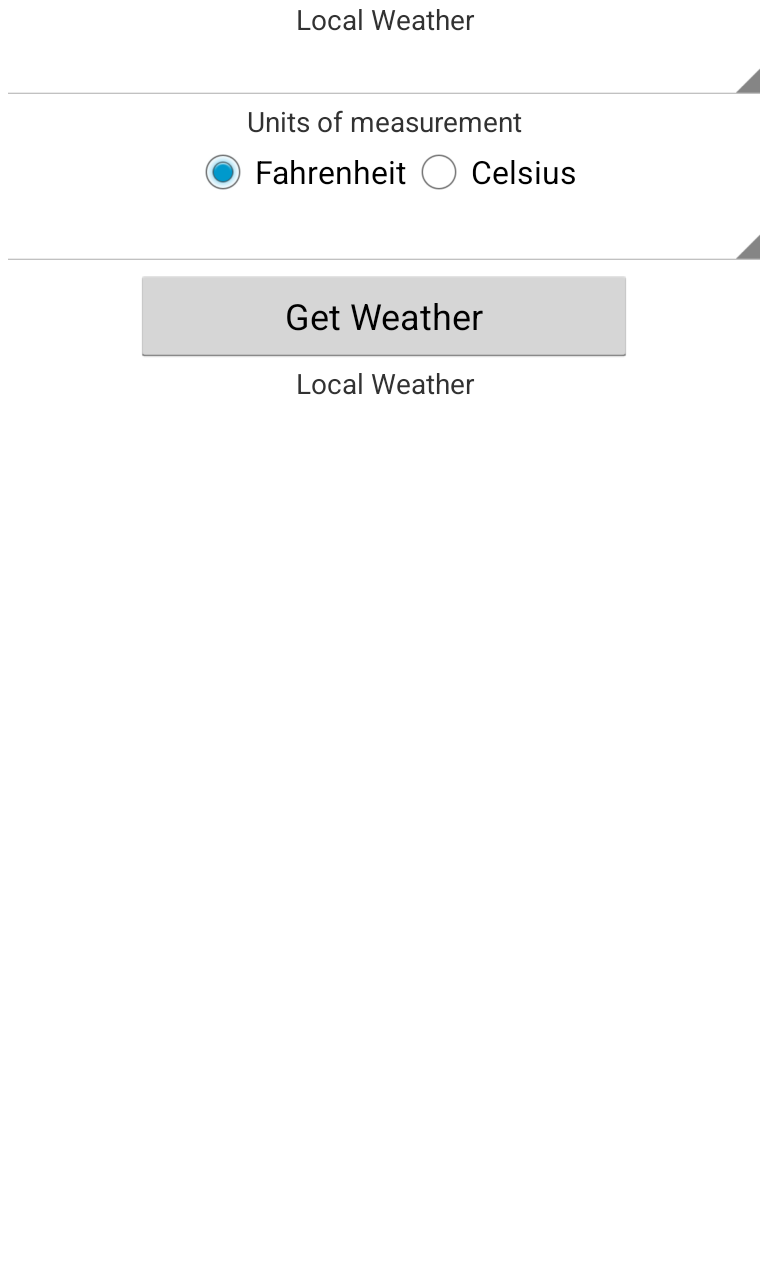
Repository: efreestone/Java1
Layout: Java1Project4/res/layout/activity_main.xml
The author's editor kept a copy of each file at every save. The layout is drawn from the files as they stood at one save, then again after the next save.
It is drawn on a 768 x 1280 px phone screen (xhdpi) without system bars, with theme AppTheme; the app's code is not run.

Above is the layout before, as saved 2014-03-25 22:03:20.

### Java1Project4/res/layout/activity_main.xml
<?xml version="1.0" encoding="utf-8"?>
<LinearLayout xmlns:android="http://schemas.android.com/apk/res/android"
    android:layout_width="match_parent"
    android:layout_height="match_parent"
    android:orientation="vertical" >

    <!-- Top Linear Layout with controls -->
    <!-- <LinearLayout
        android:layout_width="match_parent"
        android:layout_height="wrap_content"
        android:orientation="horizontal"> -->

        <!-- Title -->
        <TextView
            android:id="@+id/titleView"
            android:layout_width="match_parent"
            android:layout_height="wrap_content"
            android:gravity="center"
            android:text="@string/titleString"/>

        <!-- City Spinner -->
        <Spinner
            android:id="@+id/citySpinner"
            android:layout_width="match_parent"
            android:layout_height="wrap_content"/>

        <!-- Measurement Title -->
        <TextView
            android:id="@+id/measureTitleView"
            android:layout_width="match_parent"
            android:layout_height="wrap_content"
            android:gravity="center"
            android:text="@string/measureTitleString"/>

        <!-- Measurement Radio Buttons -->
        <RadioGroup
            android:id="@+id/tempUnitRadioGroup"
            android:layout_width="wrap_content"
            android:layout_height="wrap_content"
            android:layout_gravity="center"
            android:orientation="horizontal" >

            <RadioButton
                android:id="@+id/fahrenheitRadio"
                android:layout_width="match_parent"
                android:layout_height="wrap_content"
                android:text="@string/fahrenheitString"
                android:checked="true"/>

            <RadioButton
                android:id="@+id/celsiusRadio"
                android:layout_width="match_parent"
                android:layout_height="wrap_content"
                android:text="@string/celsiusString"/>
        </RadioGroup>

        <!-- Current Spinner -->
        <Spinner
            android:id="@+id/currentSpinner"
            android:layout_width="match_parent"
            android:layout_height="wrap_content"/>

        <!-- Get Weather Button -->
        <Button
            android:id="@+id/weatherButton"
            android:layout_width="wrap_content"
            android:layout_height="wrap_content"
            android:layout_gravity="center"
            android:width="250dp"
            android:text="@string/weatherButtonString"/>

        <!-- Display Temp -->
        <TextView
            android:id="@+id/displayTempView"
            android:layout_width="match_parent"
            android:layout_height="wrap_content"
            android:gravity="center"
            android:text="@string/titleString"/>

    <!-- </LinearLayout> -->

</LinearLayout>

### Java1Project4/res/values/strings.xml
<?xml version="1.0" encoding="utf-8"?>
<resources>

    <string name="app_name">Java1Project4</string>
    <string name="action_settings">Settings</string>
    <string name="hello_world">Hello world!</string>

    <!-- Title and button strings -->
    <string name="titleString">Local Weather</string>
    <string name="measureTitleString">Units of measurement</string>
    <string name="weatherButtonString">Get Weather</string>
    <string name="displayTempString">Please select a city and measurement unit</string>

    <!-- Connection Alert strings -->
    <string name="noConnectionTitle">Connection Error</string>
    <string name="noConnectionAlert">This application requires internet access. Please check your network connection and try again.</string>

    <!-- Main URL strings -->
    <string name="mainURLString">http://api.wunderground.com/api/8204b5c9bf753afb/</string>
    <string name="conditionsURLString">conditions/q/</string>
    <string name="forecastURLString">forecast/q/</string>
    <!-- City URL strings -->
    <string name="lovelandString">CO/Loveland.json</string>
    <string name="losAngelesString">CA/Los_Angeles.json</string>
    <string name="newYorkString">NY/New_York.json</string>
    <string name="chicagoString">IL/Chicago.json</string>
    <string name="orlandoString">FL/Orlando.json</string>

    <!-- Radio Button Text -->
    <string name="fahrenheitString">Fahrenheit</string>
    <string name="celsiusString">Celsius</string>

    <!-- Cities array for first spinner -->
    <string-array name="cities_array">
        <item >Loveland</item>
        <item >Los Angeles</item>
        <item >New York</item>
        <item >Chicago</item>
        <item >Orlando</item>
    </string-array>

    <!-- Array for second spinner -->
    <string-array name="current_forecast">
        <item >Current Weather</item>
        <item >3-day Forecast</item>
    </string-array>

</resources>

Loaded but not shown: Java1Project4/res/values/styles.xml (common file); Java1Project4/res/values-v11/styles.xml (common file); Java1Project4/res/values-v14/styles.xml (common file)

After the next save:
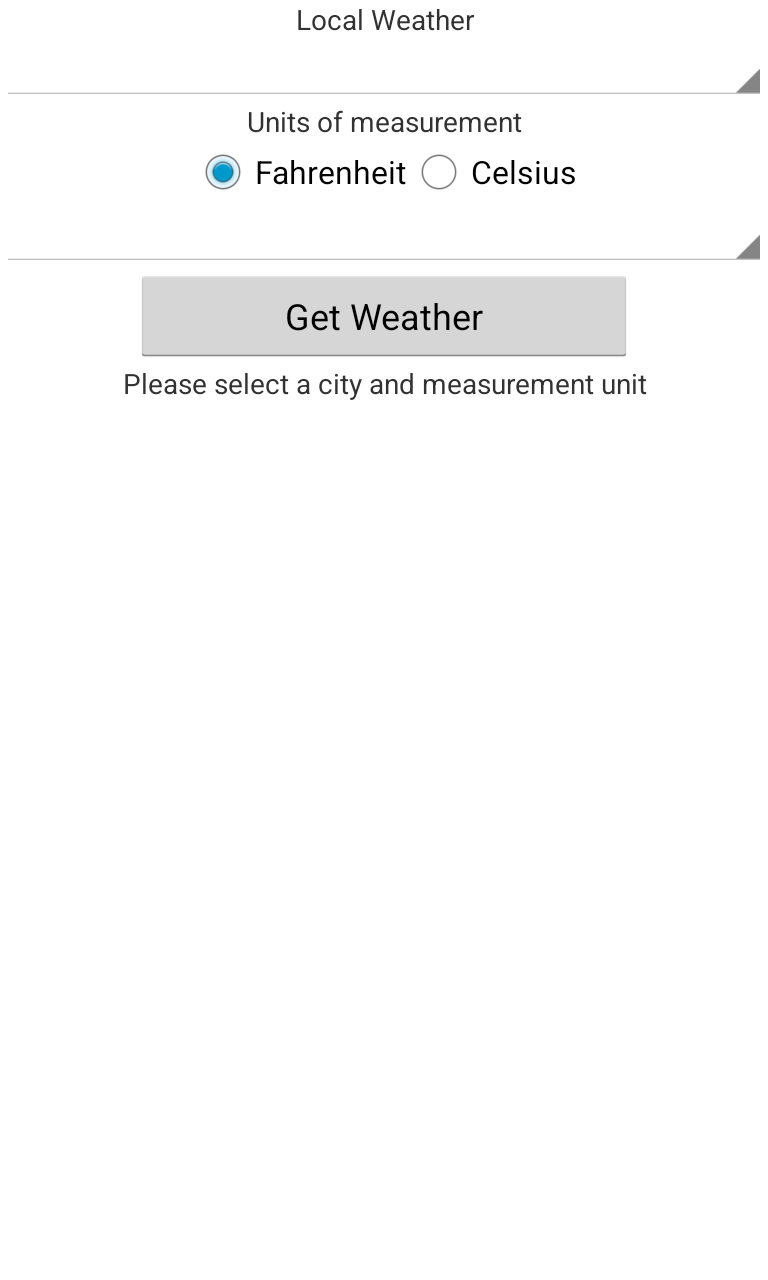
Saved 18 s later.
--- a/Java1Project4/res/layout/activity_main.xml
+++ b/Java1Project4/res/layout/activity_main.xml
@@ -75,7 +75,7 @@
             android:layout_width="match_parent"
             android:layout_height="wrap_content"
             android:gravity="center"
-            android:text="@string/titleString"/>
+            android:text="@string/displayTempString"/>
 
     <!-- </LinearLayout> -->
 
